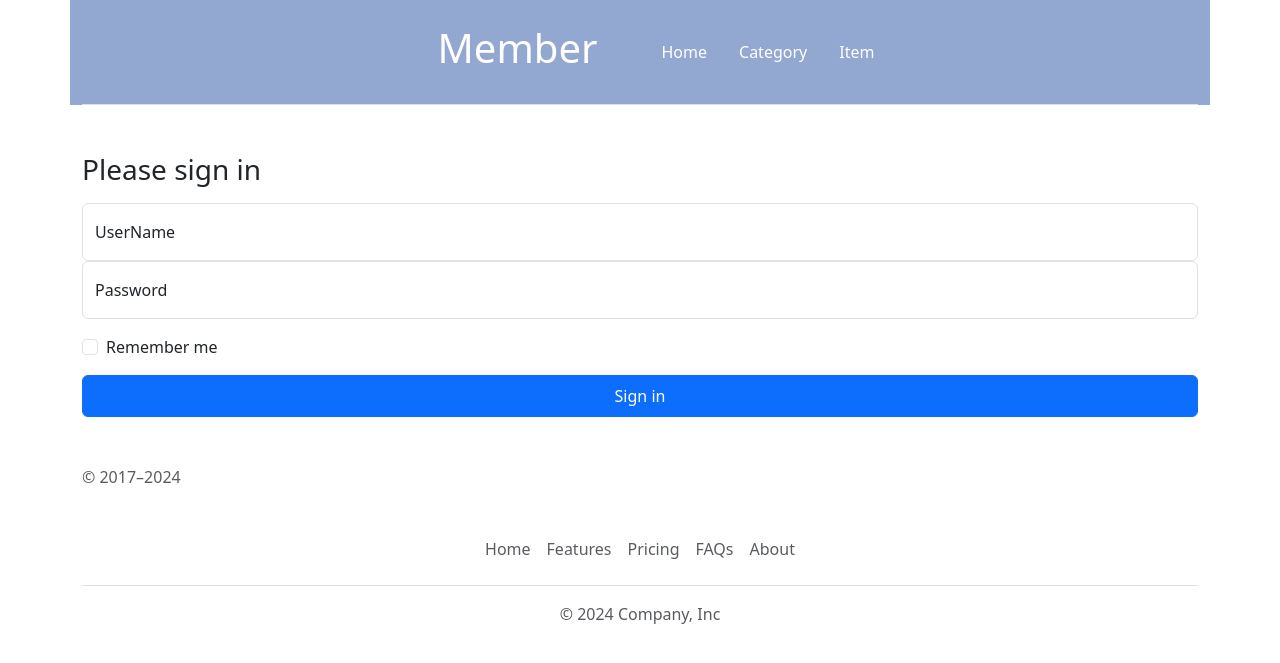
Repository: nyeinsu4520/coursera-test
Page: http://localhost/login
The author's editor kept a copy of each file at every save. The page is drawn from the files as they stood at one save, then again after the next save.
The browser window is 1280 px wide. The pictures show the whole page.
Some web fonts or font styles are not loaded; a fallback is used. The page is this project's Thymeleaf template; nobody is signed in. The template is opened directly, without the code that normally fills it, so the values that code supplies are empty.

Above is the page before, as saved 2024-05-31 02:54:01.

### BookLink/src/main/resources/templates/login.html
<!DOCTYPE html>
<html>
<head>
<meta charset="UTF-8">
<title>Home Page</title>
<link rel="stylesheet" href="/bootstrap/css/bootstrap.min.css">
<script type="text/javascript" src="bootstrap/js/bootstrap.bundle.min.js"></script>

<link rel="preconnect" href="https://fonts.googleapis.com">
<link rel="preconnect" href="https://fonts.gstatic.com" crossorigin>
<link href="https://fonts.googleapis.com/css2?family=Jersey+20&family=Jersey+25&family=Josefin+Sans:ital,wght@0,100..700;1,100..700&family=Noto+Sans+Myanmar:wght@100;200;300;400;500;600;700;800;900&family=Nunito+Sans:ital,opsz,wght@0,6..12,200..1000;1,6..12,200..1000&family=Padauk:wght@400;700&family=Platypi:ital,wght@0,300..800;1,300..800&family=Poppins:ital,wght@0,100;0,200;0,300;0,400;0,500;0,600;0,700;0,800;0,900;1,100;1,200;1,300;1,400;1,500;1,600;1,700;1,800;1,900&family=Roboto:ital,wght@0,100;0,300;0,400;0,500;0,700;0,900;1,100;1,300;1,400;1,500;1,700;1,900&display=swap" rel="stylesheet">

</head>
<body>

 <div th:replace="fragment/header1"></div>

  <main>
  <div class="container mt-5">

   <form>
    <h1 class="h3 mb-3 fw-normal">Please sign in</h1>

    <div class="form-floating">
      <input type="text" class="form-control" id="floatingInput" placeholder="username">
      <label for="floatingInput">UserName</label>
    </div>
    <div class="form-floating">
      <input type="password" class="form-control" id="floatingPassword" placeholder="Password">
      <label for="floatingPassword">Password</label>
    </div>

    <div class="form-check text-start my-3">
      <input class="form-check-input" type="checkbox" value="remember-me" id="flexCheckDefault">
      <label class="form-check-label" for="flexCheckDefault">
        Remember me
      </label>
    </div>
    <button class="btn btn-primary w-100 py-2" type="submit">Sign in</button>
    <p class="mt-5 mb-3 text-body-secondary">&copy; 2017–2024</p>
  </form>

  </div>
  </main>

 <div th:replace="fragment/footer"></div>

</body>
</html>

### BookLink/src/main/resources/templates/fragment/header1.html
<!DOCTYPE html>
<html>
<head>
<meta charset="ISO-8859-1">
<title>Insert title here</title>

<link rel="stylesheet" href="/bootstrap/css/bootstrap.min.css">
<script type="text/javascript" src="../static/bootstrap/js/bootstrap.bundle.min.js"></script>
<link rel="preconnect" href="https://fonts.googleapis.com">
<link rel="preconnect" href="https://fonts.gstatic.com" crossorigin>
<link href="https://fonts.googleapis.com/css2?family=Jersey+20&family=Jersey+25&family=Josefin+Sans:ital,wght@0,100..700;1,100..700&family=Noto+Sans+Myanmar:wght@100;200;300;400;500;600;700;800;900&family=Nunito+Sans:ital,opsz,wght@0,6..12,200..1000;1,6..12,200..1000&family=Padauk:wght@400;700&family=Platypi:ital,wght@0,300..800;1,300..800&family=Poppins:ital,wght@0,100;0,200;0,300;0,400;0,500;0,600;0,700;0,800;0,900;1,100;1,200;1,300;1,400;1,500;1,600;1,700;1,800;1,900&family=Roboto:ital,wght@0,100;0,300;0,400;0,500;0,700;0,900;1,100;1,300;1,400;1,500;1,700;1,900&display=swap" rel="stylesheet">
<style>
.navbar-purple {
    background-color: #92a8d1;;
}

.navbar-purple .nav-link {
    color: white !important;
}
</style>


</head>
<body>
<div class="container  navbar-purple">
    <header class="d-flex flex-wrap justify-content-center py-3 mb-4 border-bottom">
    <nav class="navbar">
     <h1 class="px-5 text-white">Member</h1>
      <ul class="nav nav-pills purple-nav-link">
        <li class="nav-item"><a href="/members" class="nav-link " aria-current="page">Home</a></li>
        <li class="nav-item"><a href="" class="nav-link">Category</a></li>
        <li class="nav-item"><a href="" class="nav-link">Item</a></li>
      </ul>
     </nav>
    </header>
  </div>
</body>
</html>

### BookLink/src/main/resources/templates/fragment/footer.html
<!DOCTYPE html>
<html>
<head>
<meta charset="ISO-8859-1">
<title>Insert title here</title>

<link rel="stylesheet" href="/bootstrap/css/bootstrap.min.css">
<script type="text/javascript" src="../static/bootstrap/js/bootstrap.bundle.min.js"></script>
<link rel="preconnect" href="https://fonts.googleapis.com">
<link rel="preconnect" href="https://fonts.gstatic.com" crossorigin>
<link href="https://fonts.googleapis.com/css2?family=Jersey+20&family=Jersey+25&family=Josefin+Sans:ital,wght@0,100..700;1,100..700&family=Noto+Sans+Myanmar:wght@100;200;300;400;500;600;700;800;900&family=Nunito+Sans:ital,opsz,wght@0,6..12,200..1000;1,6..12,200..1000&family=Padauk:wght@400;700&family=Platypi:ital,wght@0,300..800;1,300..800&family=Poppins:ital,wght@0,100;0,200;0,300;0,400;0,500;0,600;0,700;0,800;0,900;1,100;1,200;1,300;1,400;1,500;1,600;1,700;1,800;1,900&family=Roboto:ital,wght@0,100;0,300;0,400;0,500;0,700;0,900;1,100;1,300;1,400;1,500;1,700;1,900&display=swap" rel="stylesheet">

</head>
<body>


<div class="container">
  <footer class="py-3 my-4">
    <ul class="nav justify-content-center border-bottom pb-3 mb-3">
      <li class="nav-item"><a href="#" class="nav-link px-2 text-body-secondary">Home</a></li>
      <li class="nav-item"><a href="#" class="nav-link px-2 text-body-secondary">Features</a></li>
      <li class="nav-item"><a href="#" class="nav-link px-2 text-body-secondary">Pricing</a></li>
      <li class="nav-item"><a href="#" class="nav-link px-2 text-body-secondary">FAQs</a></li>
      <li class="nav-item"><a href="#" class="nav-link px-2 text-body-secondary">About</a></li>
    </ul>
    <p class="text-center text-body-secondary">&copy; 2024 Company, Inc</p>
  </footer>
</div>
</body>
</html>

Loaded but not shown: BookLink/src/main/resources/static/bootstrap/css/bootstrap.min.css (library); BookLink/src/main/resources/static/bootstrap/js/bootstrap.bundle.min.js (library)

After the next save:
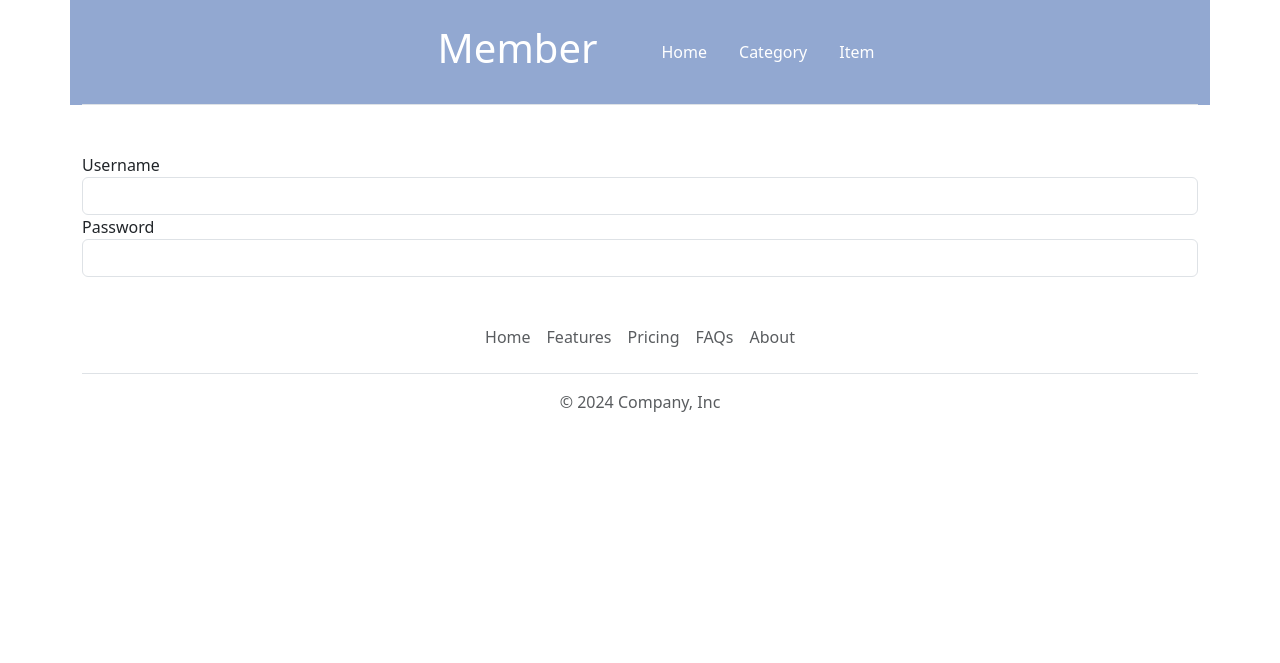
Saved 2 min 23 s later.
--- a/BookLink/src/main/resources/templates/login.html
+++ b/BookLink/src/main/resources/templates/login.html
@@ -18,27 +18,14 @@
   <main>
   <div class="container mt-5">
 
-   <form>
-    <h1 class="h3 mb-3 fw-normal">Please sign in</h1>
-
-    <div class="form-floating">
-      <input type="text" class="form-control" id="floatingInput" placeholder="username">
-      <label for="floatingInput">UserName</label>
-    </div>
-    <div class="form-floating">
-      <input type="password" class="form-control" id="floatingPassword" placeholder="Password">
-      <label for="floatingPassword">Password</label>
-    </div>
-
-    <div class="form-check text-start my-3">
-      <input class="form-check-input" type="checkbox" value="remember-me" id="flexCheckDefault">
-      <label class="form-check-label" for="flexCheckDefault">
-        Remember me
-      </label>
-    </div>
-    <button class="btn btn-primary w-100 py-2" type="submit">Sign in</button>
-    <p class="mt-5 mb-3 text-body-secondary">&copy; 2017–2024</p>
-  </form>
+  	<main>
+  	<form>
+	<label>Username</label>
+	<input type="text" class="form-control">
+	<label>Password</label>
+	<input type="password" class="form-control">
+  	</form>
+  	</main>
 
   </div>
   </main>
